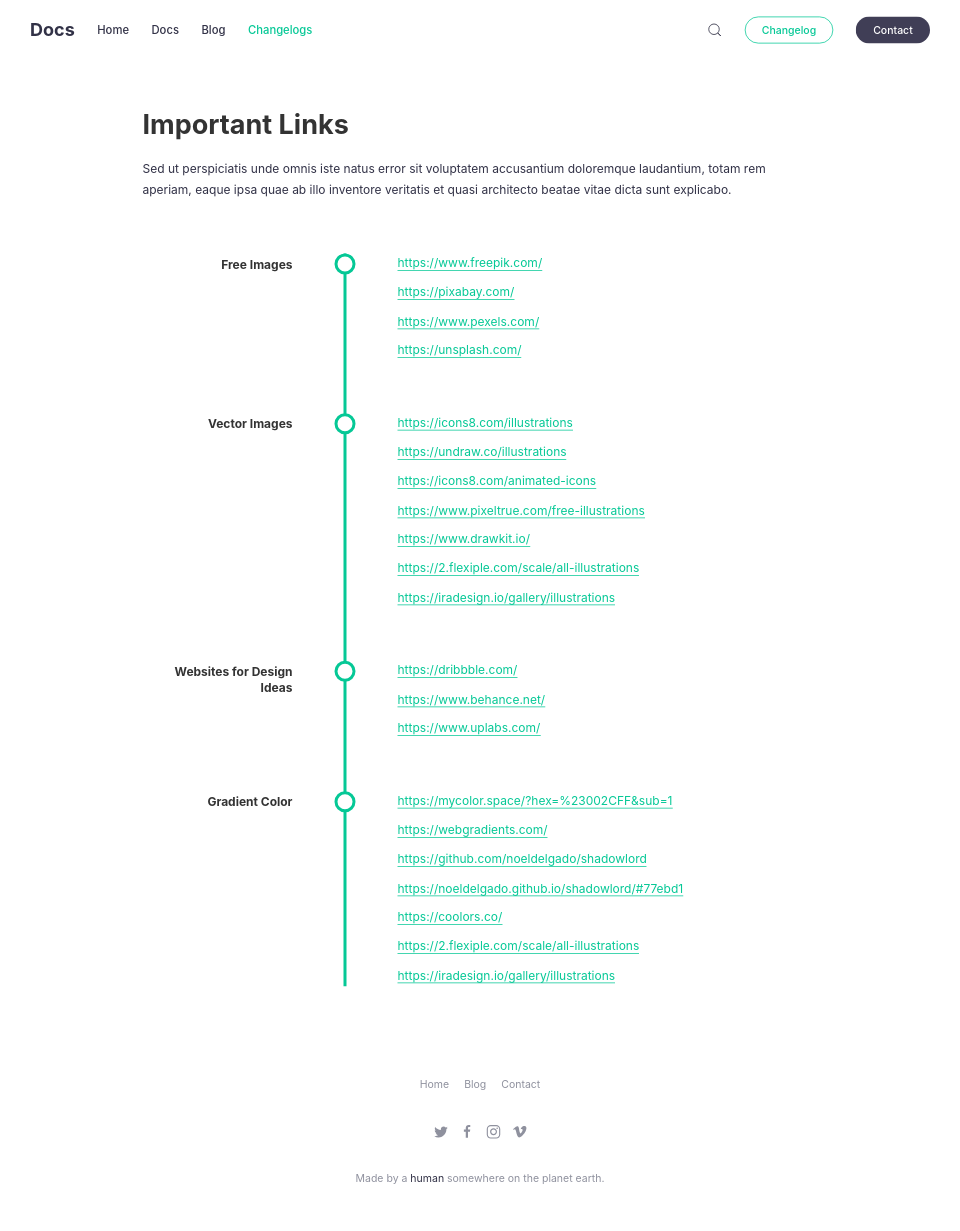
Repository: suchi9909/webdoc
Page: useful-links.html
These files come from the project's save history. The page is drawn as it stood at one moment and after the next save; the edit follows.
The browser window is 1280 px wide. The pictures show the whole page, at 75% of full size.

Above is the page before, as saved 2021-02-19 09:24:06.

After the next save:
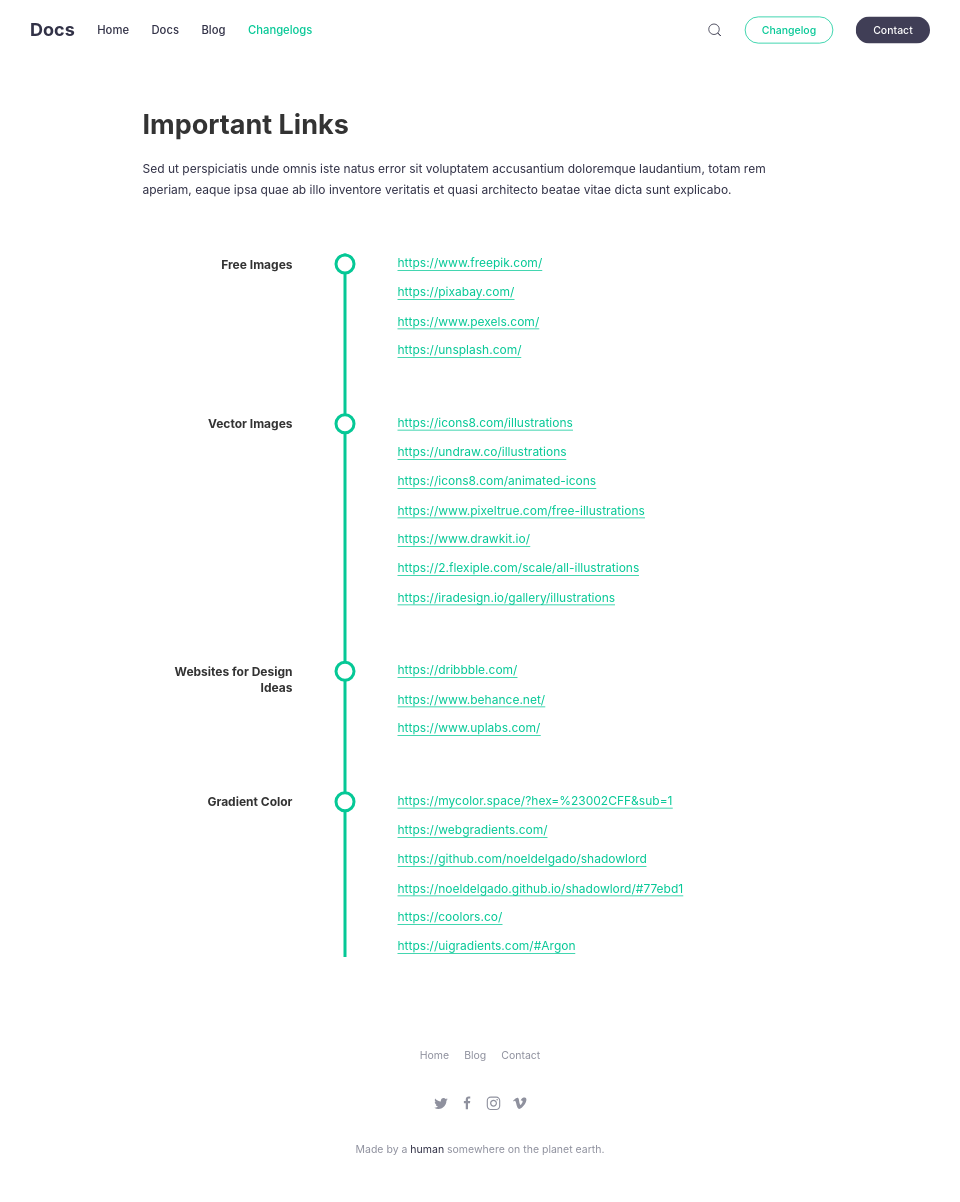
Saved 13 s later.
--- a/useful-links.html
+++ b/useful-links.html
@@ -131,8 +131,7 @@
                 <li><a href="https://github.com/noeldelgado/shadowlord">https://github.com/noeldelgado/shadowlord</a></li>
                 <li><a href="https://noeldelgado.github.io/shadowlord/#77ebd1">https://noeldelgado.github.io/shadowlord/#77ebd1</a></li>
                 <li><a href="https://coolors.co/">https://coolors.co/</a></li>
-                <li><a href="https://2.flexiple.com/scale/all-illustrations">https://2.flexiple.com/scale/all-illustrations</a></li>
-                <li><a href="https://iradesign.io/gallery/illustrations">https://iradesign.io/gallery/illustrations</a></li>
+                <li><a href="https://uigradients.com/#Argon">https://uigradients.com/#Argon</a></li>
               </ul>
             </div>
           </div>
